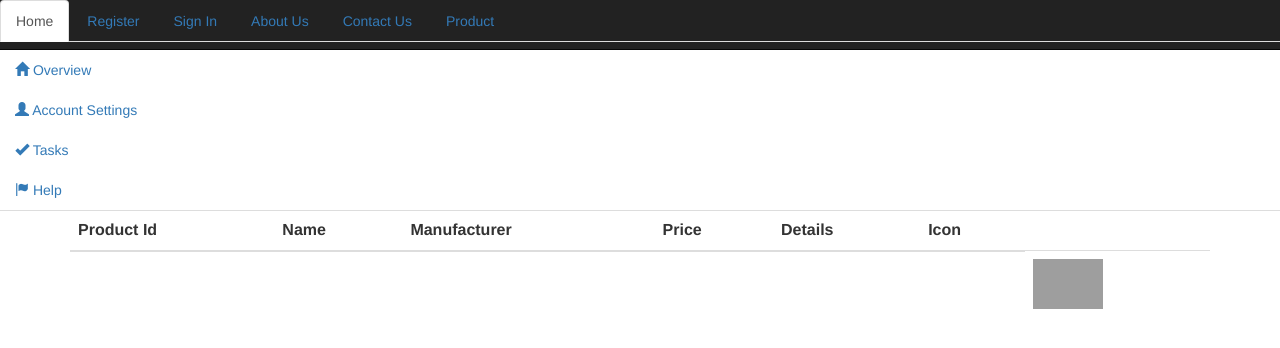
Repository: aradhana15/myFinalRepository
Page: http://localhost/music/WEB-INF/views/productDesc.jsp
The author's editor kept a copy of each file at every save. The page is drawn from the files as they stood at one save, then again after the next save.
The browser window is 1280 px wide. The pictures show the whole page.
The page is served by Tomcat 9. Nobody is signed in. The template is opened directly, without the code that normally fills it, so the values that code supplies are empty.

Above is the page before, as saved 2016-04-23 12:26:49.
Console error (its wording comes from the project's code and is left out).

After the next save:
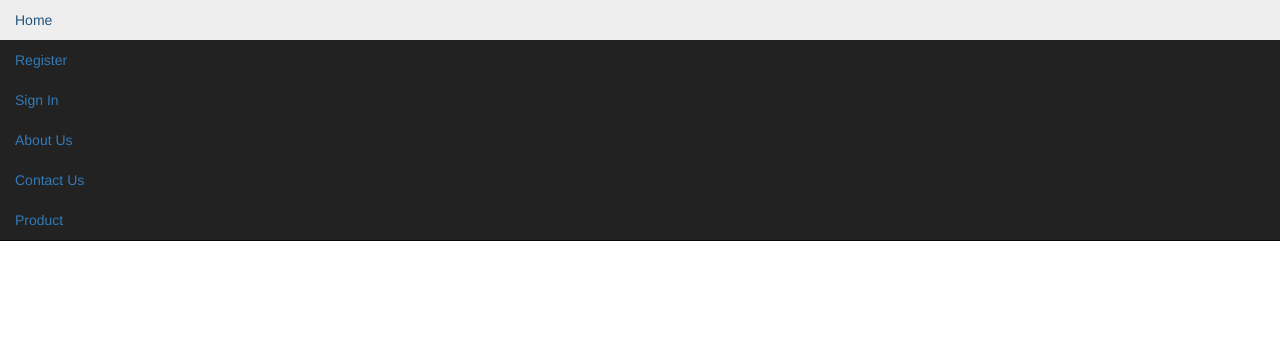
Saved 2 min 15 s later.
--- a/wwf/music/src/main/webapp/WEB-INF/views/header.jsp
+++ b/wwf/music/src/main/webapp/WEB-INF/views/header.jsp
@@ -66,7 +66,7 @@
 <div class="navbar navbar-inverse navbar-fixed-top" role="navigation">
 
 
-		<div class="nav nav-tabs">
+		<div class="nav navbar-tabs">
 			<li class="active"><a href="house">Home</a></li>
 			<li><a href="register">Register</a></li>
 			<!-- if u by deflt make anything acive -->
@@ -78,7 +78,8 @@
 
 		</div>
 	</div>
-	<div class="nav nav-tabs">
+	<div class="nav navbar-nav">
+	<!-- <div class="nav nav-tabs">  -->
           <button type="button" class="navbar-toggle" data-toggle="collapse" data-target=".navbar-collapse">
             <span class="sr-only">Toggle navigation</span>
             <span class="icon-bar"></span>
